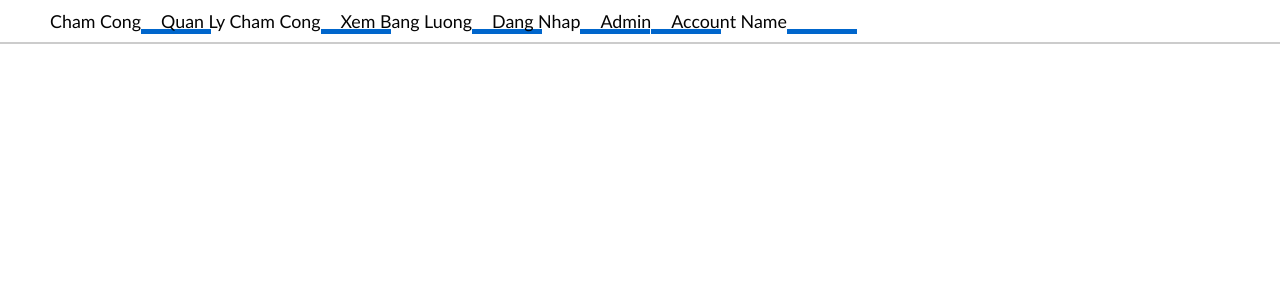
Repository: LDDUNG2003/a
Page: index.html
The author's editor kept a copy of each file at every save. The page is drawn from the files as they stood at one save, then again after the next save.
The browser window is 1280 px wide. The pictures show the whole page.

Above is the page before, as saved 2023-10-13 23:54:44.

### index.html
<!DOCTYPE html>
<html lang="en">

<head>
    <meta charset="UTF-8">
    <meta name="viewport" content="width=device-width, initial-scale=1.0">
    <title>trang chu</title>
    <link rel="stylesheet" href="./controlView/css/base.css">
    <link rel="stylesheet" href="./controlView/css/index.css">
</head>

<body>
    <div class="main">
        <!-- start header -->
        <header class="app__header">
            <nav class="navBar">
                <ul class="navBar-list">
                    <li class="navBar--items"><a href="" class="navbar--link">Cham cong</a></li>
                    <li class="navBar--items"><a href="" class="navbar--link">Quan ly cham cong</a></li>
                    <li class="navBar--items">
                        <a href="" class="navbar--link">Xem bang luong</a></li>
                    <!-- login  -->
                    <li class="navBar--items">
                        <a href="" class="navbar--link">dang nhap</a></li>
                    <!-- admin menu -->
                    <li class="navBar--items">
                        admin
                        <ul class="account-list">
                            <li class="account--item"><a href="" class="navbar--link">admin</a></li>
                            <li class="account--item"><a href="" class="navbar--link">quan li nhan su</a></li>
                            <li class="account--item"><a href="" class="navbar--link">dang xuat</a></li>
                        </ul>
                    </li>
                    <!-- personnel menu -->
                    <li class="navBar--items">
                        account name
                        <ul class="account-list">
                            <li class="account--item"><a href="" class="navbar--link">cai dat tai khoan</a></li>
                            <li class="account--item"><a href="" class="navbar--link">dang ki ca lam</a></li>
                            <li class="account--item"><a href="" class="navbar--link">dang xuat</a></li>
                        </ul>
                    </li>
                </ul>
            </nav>
        </header>
        <!-- end header -->

        <!-- start content -->
        <div class="app__content">

        </div>
        <!-- end content -->
    </div>
</body>

</html>

### controlView/css/base.css
:root {
    --primary-color: #0066cc;
    --text-color: #040404;
}

* {
    padding: 0px;
    margin: 0px;
    font-family: 'Trebuchet MS', 'Lucida Sans Unicode', 'Lucida Grande', 'Lucida Sans', Arial, sans-serif;
}

html,
body {
    font-size: 0.62rem;
}

.main {}

.app__header {
    width: 100%;
    border-bottom: solid 2px #ccc;
    background-color: #fff;
}

.navBar {
    width: 100%;
    max-width: 1200px;
    margin: auto;
    cursor: pointer;
}

.navBar-list {
    display: flex;
    list-style: none;
}

.navBar--items {
    padding: 10px 10px;
    font-size: 1.8rem;
    position: relative;
    text-transform: capitalize;
    color: var(--text-color);
}

.navBar--items::after {
    content: '';
    padding-top: 5px;
    top: 70%;
    left: 10;
    width: 70px;
    background-color: var(--primary-color);
    position: absolute;
}

.navbar--link {
    text-decoration: none;
    color: inherit;
}

.account-list {
    position: absolute;
    width: 150px;
    display: none;
    list-style: none;
    padding: 4px;
    color: var(--text-color);
    top: 100%;
    left: 0px;
    box-shadow: #414141;
    background-color: white;
}

.navBar--items:hover .account-list {
    display: block;
}

.account--item {
    padding: 5px 0px;
    border-bottom: solid 1px #ccc;
}

Loaded but not shown: controlView/css/index.css (no stored copy; drawn as an empty file)

After the next save:
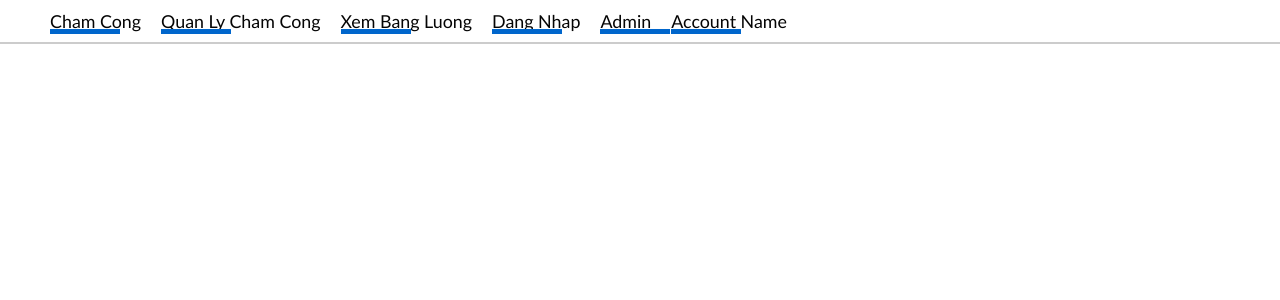
Saved 7 s later.
--- a/controlView/css/base.css
+++ b/controlView/css/base.css
@@ -46,7 +46,7 @@ body {
     content: '';
     padding-top: 5px;
     top: 70%;
-    left: 10;
+    left: 10px;
     width: 70px;
     background-color: var(--primary-color);
     position: absolute;
